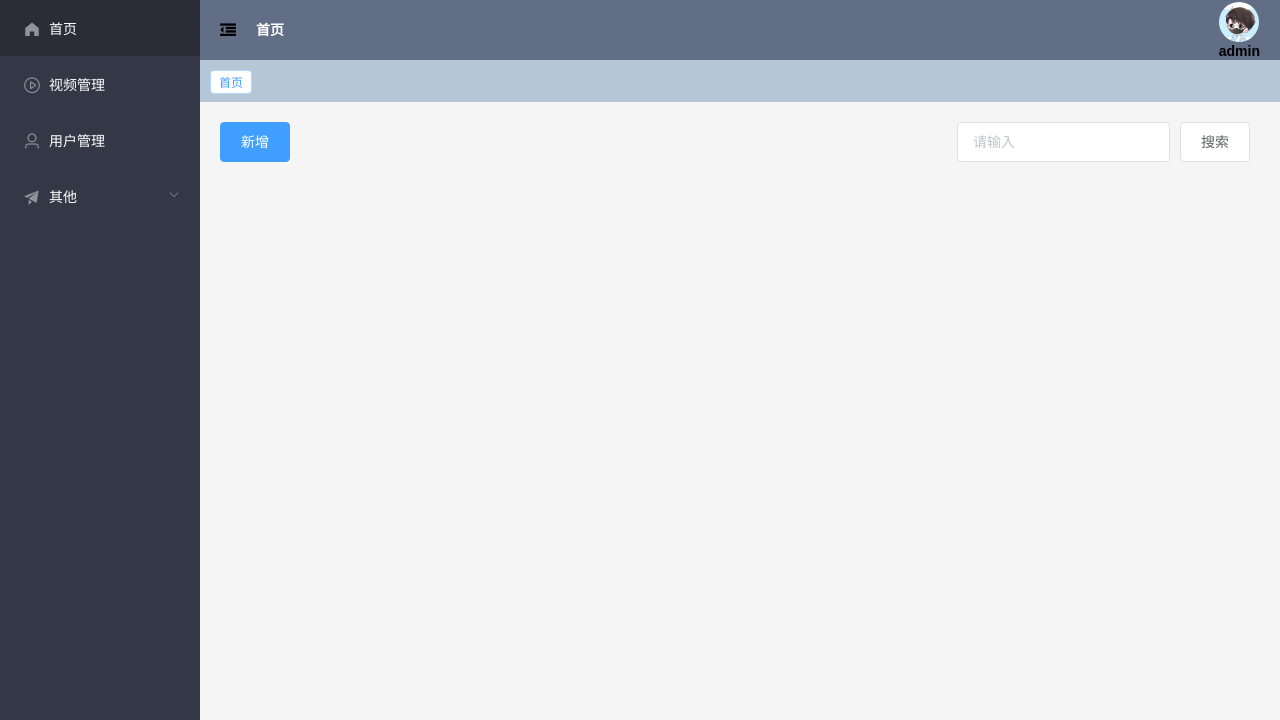
Repository: coWhy/vue-manage
Page: /#/user
The author's editor kept a copy of each file at every save. The page is drawn from the files as they stood at one save, then again after the next save.
The browser window is 1280 px wide. The pictures show the whole page.
The project was rebuilt for these pictures with package versions that can differ from the ones it lists, and the page was loaded fresh each time. Also part of the build but not shown: vue.config.js.

Above is the page before, as saved 2020-04-14 03:32:30.

After the next save:
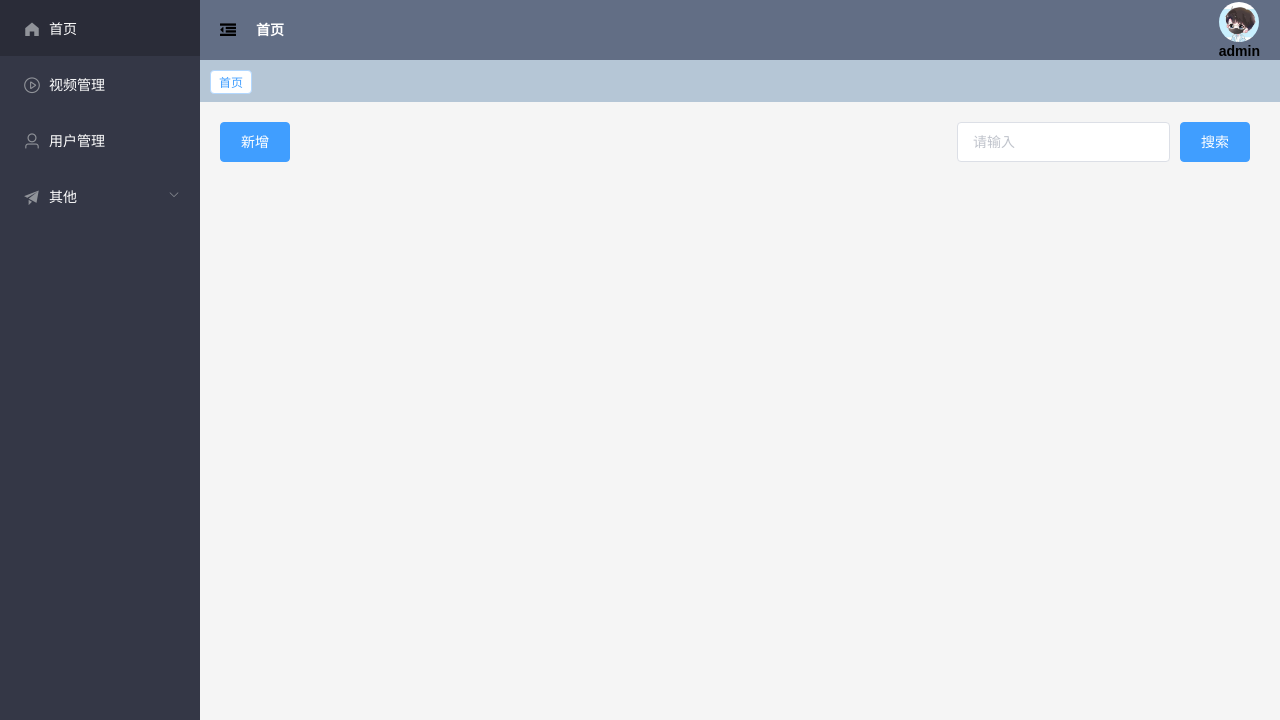
Saved 15 s later.
--- a/src/views/user/index.vue
+++ b/src/views/user/index.vue
@@ -5,7 +5,7 @@
       <el-button type="primary">新增</el-button>
       <!-- 搜索表单 -->
       <common-form inline :formLabel="formLabel" :form="searchFrom">
-        <el-button class="primary">搜索</el-button>
+        <el-button type="primary">搜索</el-button>
       </common-form>
     </div>
     <div class="manage-content">
